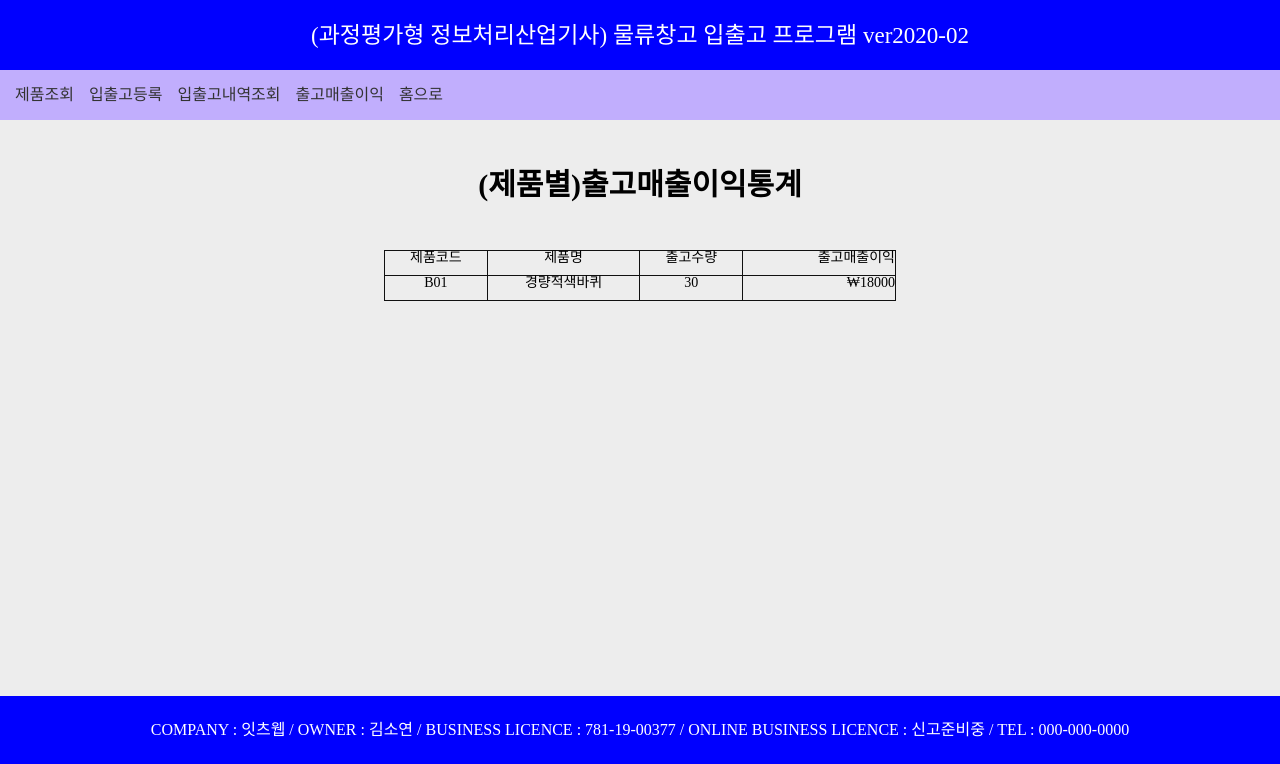
Repository: myeongwoo95/Engineer-Information-Processing
Page: http://localhost/TestProject/saleslist.do
The author's editor kept a copy of each file at every save. The page is drawn from the files as they stood at one save, then again after the next save.
The browser window is 1280 px wide. The pictures show the whole page.
The page is served by Tomcat 9. Queries for data that is not in the repository find no rows.

Above is the page before, as saved 2021-06-24 17:10:14.

After the next save:
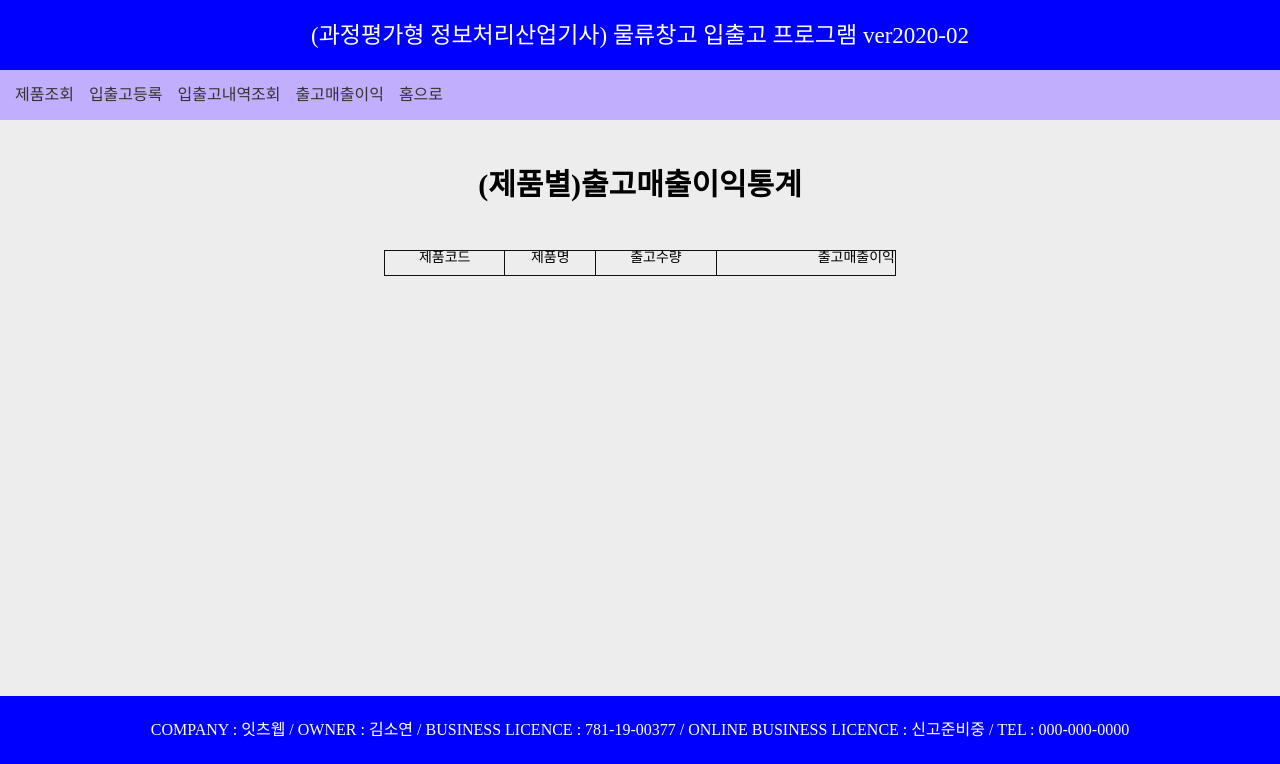
Saved 65 s later.
--- a/TestProject/src/main/webapp/saleslist.jsp
+++ b/TestProject/src/main/webapp/saleslist.jsp
@@ -1,5 +1,9 @@
 <%@ page language="java" contentType="text/html; charset=UTF-8"
     pageEncoding="UTF-8"%>
+<%@ taglib uri="http://java.sun.com/jsp/jstl/core" prefix="c"%>
+<%@ taglib uri="http://java.sun.com/jsp/jstl/fmt" prefix="fmt"%>
+<%@ taglib uri="http://java.sun.com/jsp/jstl/functions" prefix="fn"%>
+
 <!DOCTYPE html>
 <html>
 <head>
@@ -35,13 +39,14 @@
 				<th>출고매출이익</th>
 			</tr>
 
+			<c:forEach var="list" items="${list }">
 			<tr>
 				<td>B01</td>
 				<td>경량적색바퀴</td>
 				<td>30</td>
 				<td>&#8361;18000</td>
-
 			</tr>
+			</c:forEach>
 		</table>
 	</section>
 
